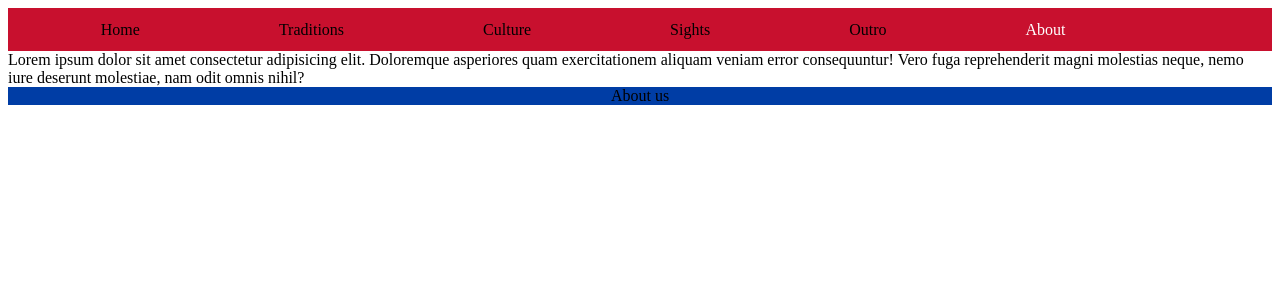
Repository: Cornman63/The-netherlands
Page: about.html
These files come from the project's save history. The page is drawn as it stood at one moment and after the next save; the edit follows.
The browser window is 1280 px wide. The pictures show the whole page.

Above is the page before, as saved 2023-05-17 12:32:01.

### about.html
<!DOCTYPE html>
<html lang="en">
<head>
    <meta charset="UTF-8">
    <meta http-equiv="X-UA-Compatible" content="IE=edge">
    <meta name="viewport" content="width=device-width, initial-scale=1.0">
    <link rel="stylesheet" href="style.css">
    <title>Visit the Netherlands</title>

</head>
<body>
    <div class="top">
        <div class="site"><a href="index.html" style="color: black" class="link">Home</a></div>
        <div class="site"><a href="traditions.html" style="color:black" class="link">Traditions</a></div>
        <div class="site"><a href="culture.html" style="color:black" class="link">Culture</a></div>
        <div class="site"><a href="sights.html" style="color:black" class="link">Sights</a></div>
        <div class="site"><a href="outro.html" style="color:black" class="link">Outro</a></div>
        <div class="site"><a href="about.html" style="color: white" class="link">About</a></div>
    </div>
    <div class="text">
        Lorem ipsum dolor sit amet consectetur adipisicing elit. Doloremque asperiores quam exercitationem aliquam veniam error consequuntur! Vero fuga reprehenderit magni molestias neque, nemo iure deserunt molestiae, nam odit omnis nihil?
    </div>
    <div class="bottom">
        About us
    </div>
</body>
</html>

### style.css
.top, .bottom {
    display: flex;
    flex-direction: row;
    justify-content: center;
    align-content:center;
    background-color:#C8102E;
}
.bottom{
    background-color: #003DA5;
}

.site {
    display: flex;
    border: 1%;
    margin: 1%;
    margin-right: 10%;
    align-content: center;
}
.link {
    text-decoration: none;
}

After the next save:
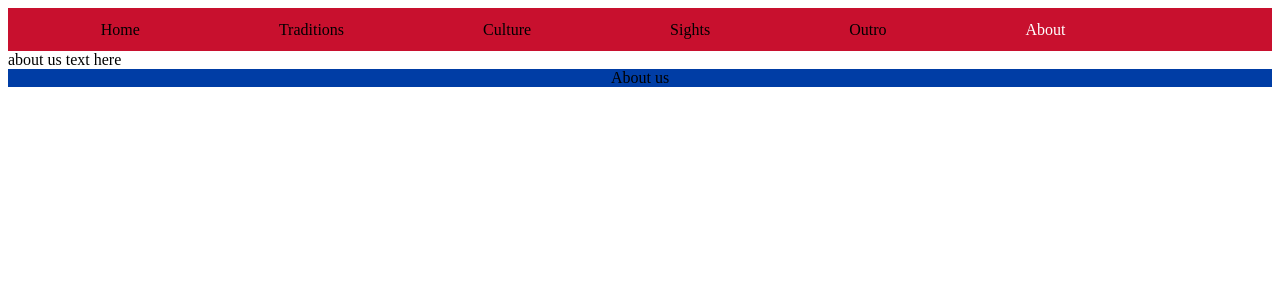
Saved 8 s later.
--- a/about.html
+++ b/about.html
@@ -18,7 +18,7 @@
         <div class="site"><a href="about.html" style="color: white" class="link">About</a></div>
     </div>
     <div class="text">
-        Lorem ipsum dolor sit amet consectetur adipisicing elit. Doloremque asperiores quam exercitationem aliquam veniam error consequuntur! Vero fuga reprehenderit magni molestias neque, nemo iure deserunt molestiae, nam odit omnis nihil?
+        about us text here
     </div>
     <div class="bottom">
         About us
